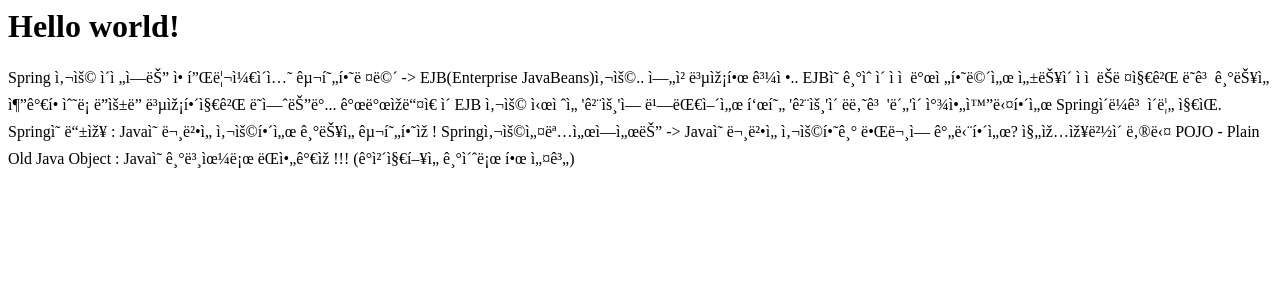
Repository: moondolph/SKKU_IT_Education
Page: http://localhost/Sep29_1_SpringMVC/
The author's editor kept a copy of each file at every save. The page is drawn from the files as they stood at one save, then again after the next save.
The browser window is 1280 px wide. The pictures show the whole page.
The page is served by Tomcat 9. Other server files are loaded and not shown.

Above is the page before, as saved 2022-09-29 02:16:59.

### Sep29_1_SpringMVC/src/main/webapp/WEB-INF/views/home.jsp
<%@ taglib uri="http://java.sun.com/jsp/jstl/core" prefix="c" %>
<%@ page session="false" %>
<html>
<head>
	<title>Home</title>
</head>
<body>
<h1>
	Hello world!
</h1>

	Spring 사용 이전에는
	애플리케이션 구현하려면 -> EJB(Enterprise JavaBeans)사용.. 엄청 복잡한 과정..
	EJB의 기술이 점점 발전하면서 성능이 점점 느려지게 되고 기능을 추가할수록 더욱더 복잡해지게 되었는데...
	개발자들은 이 EJB 사용 시절을 '겨울'에 빗대어서 표현
	'겨울'이 끝나고 '봄'이 찾아왔다해서 Spring이라고 이름 지음.

	Spring의 등장 : Java의 문법을 사용해서 기능을 구현하자 !
	Spring사용설명서에서는 -> Java의 문법을 사용하기 때문에 간단해서? 진입장벽이 낮다
	POJO - Plain Old Java Object : Java의 기본으로 돌아가자 !!!
	(객체지향을 기초로 한 설계)

</body>
</html>

After the next save:
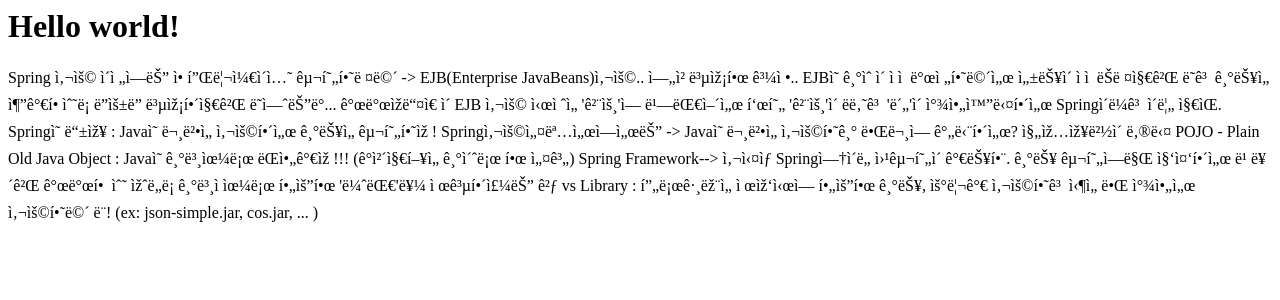
Saved 18 min 47 s later.
--- a/Sep29_1_SpringMVC/src/main/webapp/WEB-INF/views/home.jsp
+++ b/Sep29_1_SpringMVC/src/main/webapp/WEB-INF/views/home.jsp
@@ -20,5 +20,13 @@
 	POJO - Plain Old Java Object : Java의 기본으로 돌아가자 !!!
 	(객체지향을 기초로 한 설계)
 
+	Spring Framework-->
+	사실상 Spring없이도 웹구현이 가능함.
+	기능 구현에만 집중해서 빠르게 개발할 수 있도록 기본적으로 필요한 '뼈대'를 제공해주는 것
+
+	vs Library : 프로그램을 제작시에 필요한 기능,
+		우리가 사용하고 싶을 때 찾아서 사용하면 됨!
+		(ex: json-simple.jar, cos.jar, ... )
+
 </body>
 </html>
